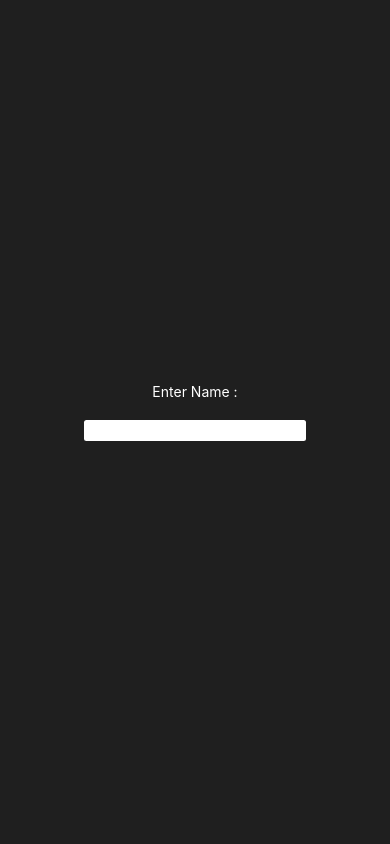
Repository: PrakharGupta36/TodoApp-React-Native
Screen: /
An editor plug-in stored every save of this project. The screen is shown before and after a run of saves, followed by the edit.
The app was drawn by React Native's web renderer in a window 390 px wide. The project was rebuilt for these pictures with package versions that can differ from the ones it lists, and the page was loaded fresh each time.

Above is the screen before, as saved 2022-03-16 01:09:41.

### App.js
import {
  StyleSheet,
  Text,
  View,
  StatusBar,
  Button,
  TextInput,
} from "react-native";
import { React, useState, useEffect } from "react";

export default function App() {
  const [name, setName] = useState("shaun");
  const [age, setAge] = useState(40);

  return (
    <View style={styles.container}>
      <Text style={styles.text}> Enter Name : </Text>
      <View style={styles.buttonContainer}>
        <TextInput style = {styles.input} />
      </View>
      <StatusBar style='auto' placeholder = "e.g Jon Doe"/>
    </View>
  );
}

const styles = StyleSheet.create({
  container: {
    flex: 1,
    backgroundColor: "#fff",
    alignItems: "center",
    justifyContent: "center",
    backgroundColor: "#1f1f1f",
  },
  text: {
    color: "white",
  },
  buttonContainer: {
    margin: 20,
  },
  input: {
    backgroundColor: "white",
    borderRadius: 2.5,
    padding: 2,
    color: "black",
  }
});

After the next 2 saves:
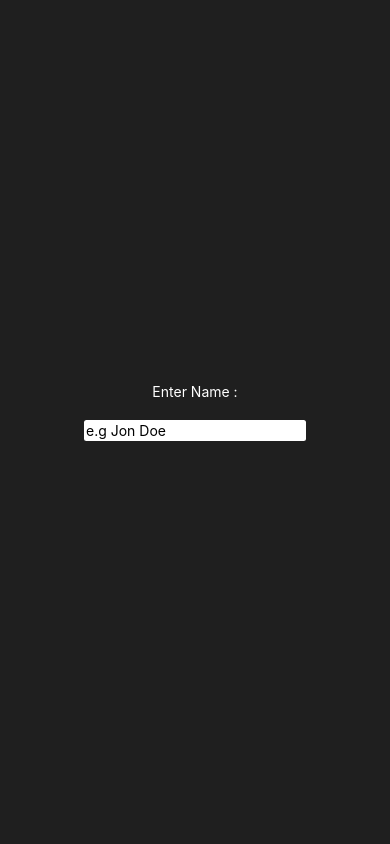
The 2 saves are shown as one change because they came seconds apart.
The last was saved 35 s later.
--- a/App.js
+++ b/App.js
@@ -16,9 +16,9 @@
     <View style={styles.container}>
       <Text style={styles.text}> Enter Name : </Text>
       <View style={styles.buttonContainer}>
-        <TextInput style = {styles.input} />
+        <TextInput style={styles.input} placeholder='e.g Jon Doe' />
       </View>
-      <StatusBar style='auto' placeholder = "e.g Jon Doe"/>
+      <StatusBar style='auto' />
     </View>
   );
 }
@@ -42,5 +42,5 @@
     borderRadius: 2.5,
     padding: 2,
     color: "black",
-  }
+  },
 });
